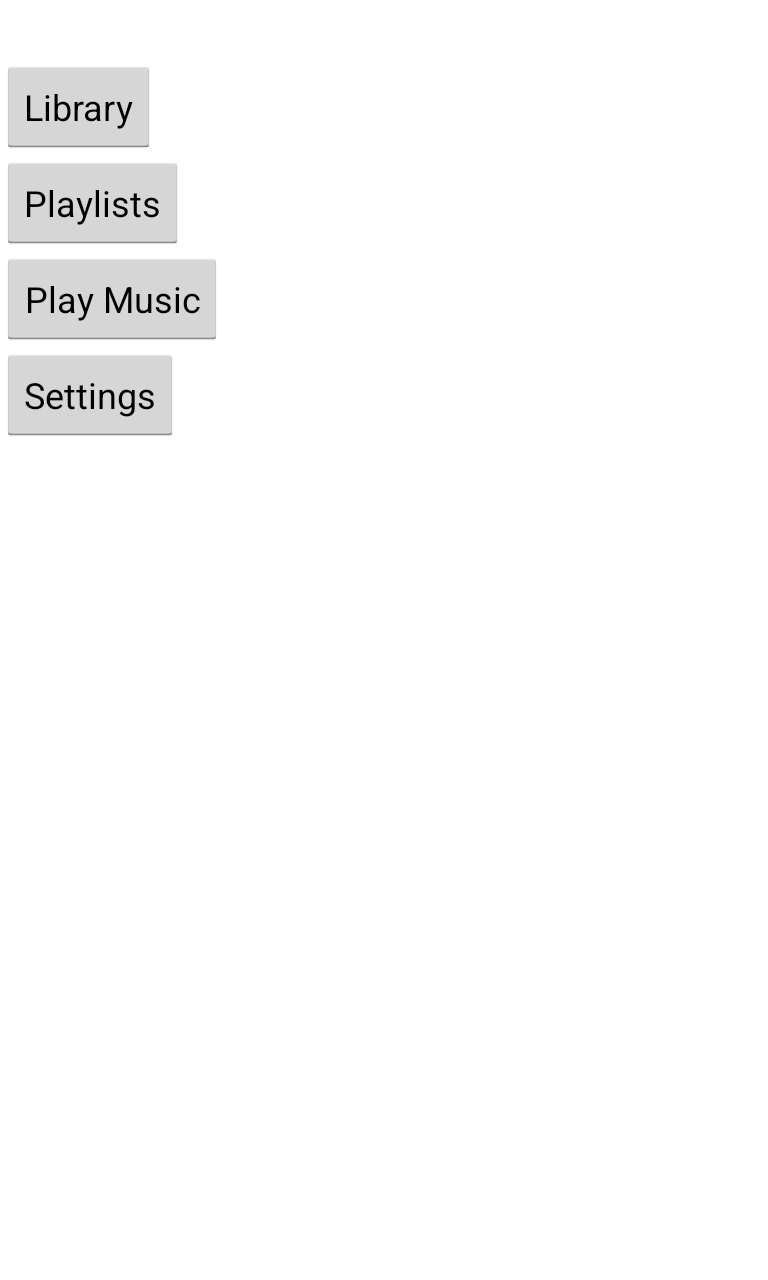
Repository: ohadsch/AwesomePlaylists
Layout: AwesomePlaylists/res/layout/activity_main.xml
The author's editor kept a copy of each file at every save. The layout is drawn from the files as they stood at one save, then again after the next save.
It is drawn on a 768 x 1280 px phone screen (xhdpi) without system bars, with theme AppTheme; the app's code is not run.

Above is the layout before, as saved 2014-04-28 14:49:06.

### AwesomePlaylists/res/layout/activity_main.xml
<LinearLayout xmlns:android="http://schemas.android.com/apk/res/android"
    android:layout_width="fill_parent"
    android:layout_height="fill_parent"
    android:orientation="vertical"
    android:color="@android:color/black" >

    <TextView
        android:id="@+id/textView1"
        android:layout_width="wrap_content"
        android:layout_height="wrap_content"
        android:text="@string/main_title"
        android:textColor="@android:color/white"
        android:textAppearance="?android:attr/textAppearanceLarge" />

    <Button
        android:id="@+id/button_library"
        android:layout_width="wrap_content"
        android:layout_height="wrap_content"
        android:text="@string/library_title"
        android:onClick="goToLibrary" />

    <Button
        android:id="@+id/button2"
        android:layout_width="wrap_content"
        android:layout_height="wrap_content"
        android:text="@string/playlists_title"
        android:onClick="goToPlaylists" />

    <Button
        android:id="@+id/button3"
        android:layout_width="wrap_content"
        android:layout_height="wrap_content"
        android:text="Play Music"
        android:onClick="goToPlayIt" />

    <Button
        android:id="@+id/button3"
        android:layout_width="wrap_content"
        android:layout_height="wrap_content"
        android:text="Settings"
        android:onClick="goToSettings" />

</LinearLayout>

### AwesomePlaylists/res/values/strings.xml
<?xml version="1.0" encoding="utf-8"?>
<resources>

    <string name="app_name">AwesomePlaylists</string>
    <string name="hello_world">Hello world!</string>
    <string name="action_settings">Settings</string>
    <string name="title_activity_library">LibraryActivity</string>
    <string name="title_activity_playlists">PlaylistsActivity</string>
    <string name="title_activity_play_it">PlayItActivity</string>
    <string name="title_activity_Settings">SettingsActivity</string>
    <string name="title_activity_add_edit_playlist">AddEditPlaylistActivity</string>

    <!--  Main Activity -->
    <string name="main_title">AwesomePlaylists!</string>

    <!-- Library Activity -->
    <string name="library_title">Library</string>
    <string name="song_name_template">Song</string>
    <string name="song_artist_template">Artist</string>
    <string name="delete_song_description">Remove this song</string>
    <string name="add_song_description">Add new song</string>

    <!-- Playlists Activity -->
    <string name="playlists_title">Playlists</string>
    <string name="add_playlist_description">Add new playlist</string>
    <string name="playlist_example_1">Running in gym</string>
    <string name="playlist_example_2">Driving to work</string>
    <string name="playlist_example_3">Another playlist...</string>
    <string name="edit_playlist_description">Edit</string>
    <string name="share_playlist_description">Share</string>
    <string name="delete_playlist_description">Delete</string>


    <string name="playlist_name">Playlist_name</string>

</resources>

Loaded but not shown: AwesomePlaylists/res/values/styles.xml (common file); AwesomePlaylists/res/values-v11/styles.xml (common file); AwesomePlaylists/res/values-v14/styles.xml (common file)

After the next save:
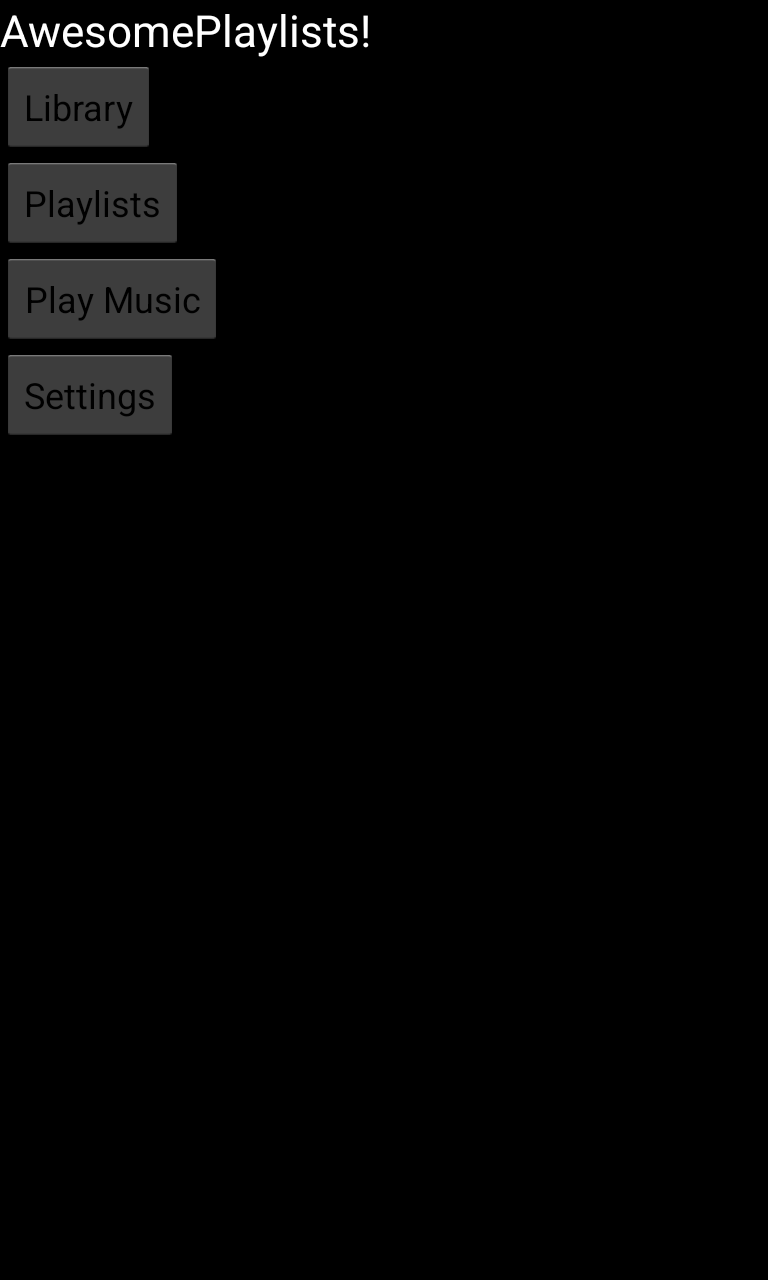
Saved 10 s later.
--- a/AwesomePlaylists/res/layout/activity_main.xml
+++ b/AwesomePlaylists/res/layout/activity_main.xml
@@ -2,7 +2,7 @@
     android:layout_width="fill_parent"
     android:layout_height="fill_parent"
     android:orientation="vertical"
-    android:color="@android:color/black" >
+    android:background="@android:color/black" >
 
     <TextView
         android:id="@+id/textView1"
